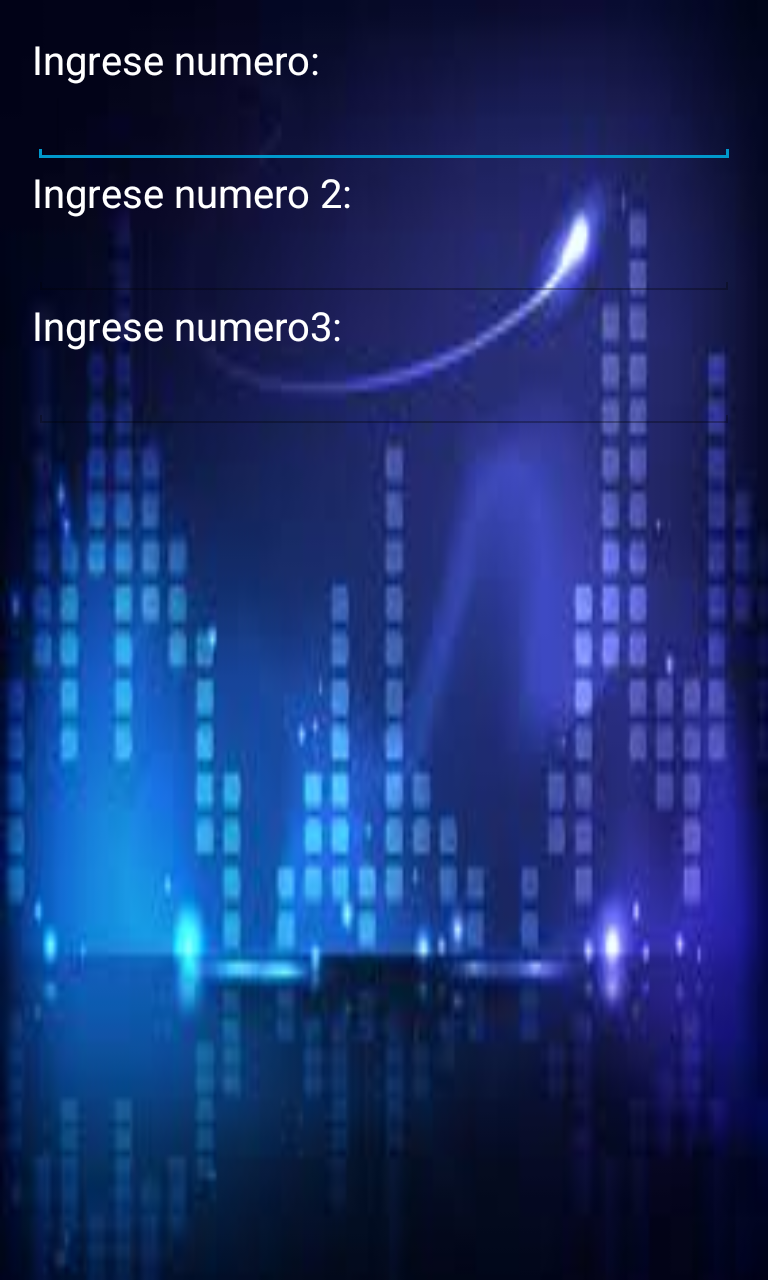
Repository: sherildyasmin06/ServiceAndroid
Layout: AplicacionAndroid/Servicio01/res/layout/activity_sumatoria.xml
An editor plug-in stored every save of this project. The layout is shown before and after the next save, followed by the edit.
It is drawn on a 768 x 1280 px phone screen (xhdpi) without system bars, with theme AppTheme; the app's code is not run.

Above is the layout before, as saved 2017-12-06 15:08:45.

### AplicacionAndroid/Servicio01/res/layout/activity_sumatoria.xml
<RelativeLayout xmlns:android="http://schemas.android.com/apk/res/android"
    xmlns:tools="http://schemas.android.com/tools"
    android:layout_width="match_parent"
    android:layout_height="match_parent"
    android:background="@drawable/fondo05"
    android:paddingBottom="@dimen/activity_vertical_margin"
    android:paddingLeft="@dimen/activity_horizontal_margin"
    android:paddingRight="@dimen/activity_horizontal_margin"
    android:paddingTop="@dimen/activity_vertical_margin"
    tools:context=".Sumatoria" >

    <LinearLayout
        android:layout_width="match_parent"
        android:layout_height="match_parent"
        android:layout_alignParentTop="true"
        android:layout_centerHorizontal="true"
        android:orientation="vertical" >

        <TextView
            android:id="@+id/textView1"
            android:layout_width="wrap_content"
            android:layout_height="wrap_content"
            android:text="@string/num1"
            android:textColor="@color/colortextview"
            android:textSize="@dimen/tamanotextview" />

        <EditText
            android:id="@+id/editText1"
            android:layout_width="match_parent"
            android:layout_height="wrap_content"
            android:ems="10"
            android:inputType="number" >

            <requestFocus />
        </EditText>

        <TextView
            android:id="@+id/textView2"
            android:layout_width="wrap_content"
            android:layout_height="wrap_content"
            android:text="@string/num2"
            android:textColor="@color/colortextview"
            android:textSize="@dimen/tamanotextview" />

        <EditText
            android:id="@+id/editText2"
            android:layout_width="match_parent"
            android:layout_height="wrap_content"
            android:ems="10"
            android:inputType="number" />

        <TextView
            android:id="@+id/textView3"
            android:layout_width="wrap_content"
            android:layout_height="wrap_content"
            android:text="@string/num3"
            android:textColor="@color/colortextview"
            android:textColorHint="@color/colortextview"
            android:textSize="@dimen/tamanotextview" />

        <EditText
            android:id="@+id/editText3"
            android:layout_width="match_parent"
            android:layout_height="wrap_content"
            android:ems="10"
            android:inputType="number" />

    </LinearLayout>

</RelativeLayout>

### AplicacionAndroid/Servicio01/res/values/dimens.xml
<resources>

    <!-- Default screen margins, per the Android Design guidelines. -->
    <dimen name="activity_horizontal_margin">16dp</dimen>
    <dimen name="activity_vertical_margin">16dp</dimen>
    <dimen name="tamanobotones">30dp</dimen>
    <drawable name="fondobotones">@drawable/fondo01</drawable>
    <drawable name="fondofactorial">@drawable/fondo02</drawable>
    <color name="colortextview">#FFFFFF</color>
    <dimen name="tamanotextview">20dp</dimen>
    <color name="colorcuadros">#ffff00</color>
    <dimen name="tamanocuadros">20dp</dimen>
    <drawable name="fondoboton01">@drawable/nuevo</drawable>
    <drawable name="fondoboton02">@drawable/calcular</drawable>
    <drawable name="fondoboton03">@drawable/salir</drawable>

</resources>

### AplicacionAndroid/Servicio01/res/values/strings.xml
<?xml version="1.0" encoding="utf-8"?>
<resources>

    <string name="app_name">Principal</string>
    <string name="action_settings">Settings</string>
    <string name="hello_world">Hello world!</string>
    <string name="bfactorial">FACTORIAL</string>
    <string name="bsumatoria">SUMATORIA</string>
    <string name="btriangulo">TRIANGULO</string>
    <string name="bsalir">SALIR</string>
    <string name="title_activity_factorial">Factorial</string>
    <string name="tnumero">INGRESE NUMERO:</string>
    <string name="tfactorial">EL FACTORIAL ES:</string>
    <string name="title_activity_sumatoria">Suma de Numeros</string>
    <string name="num1">Ingrese numero:</string>
    <string name="num2">Ingrese numero 2:</string>
    <string name="num3">Ingrese numero3:</string>
    <string name="nresultado">El resultado es:</string>

</resources>

Loaded but not shown: AplicacionAndroid/Servicio01/res/values/styles.xml (common file); AplicacionAndroid/Servicio01/res/values-v11/styles.xml (common file); AplicacionAndroid/Servicio01/res/values-v14/styles.xml (common file)

After the next save:
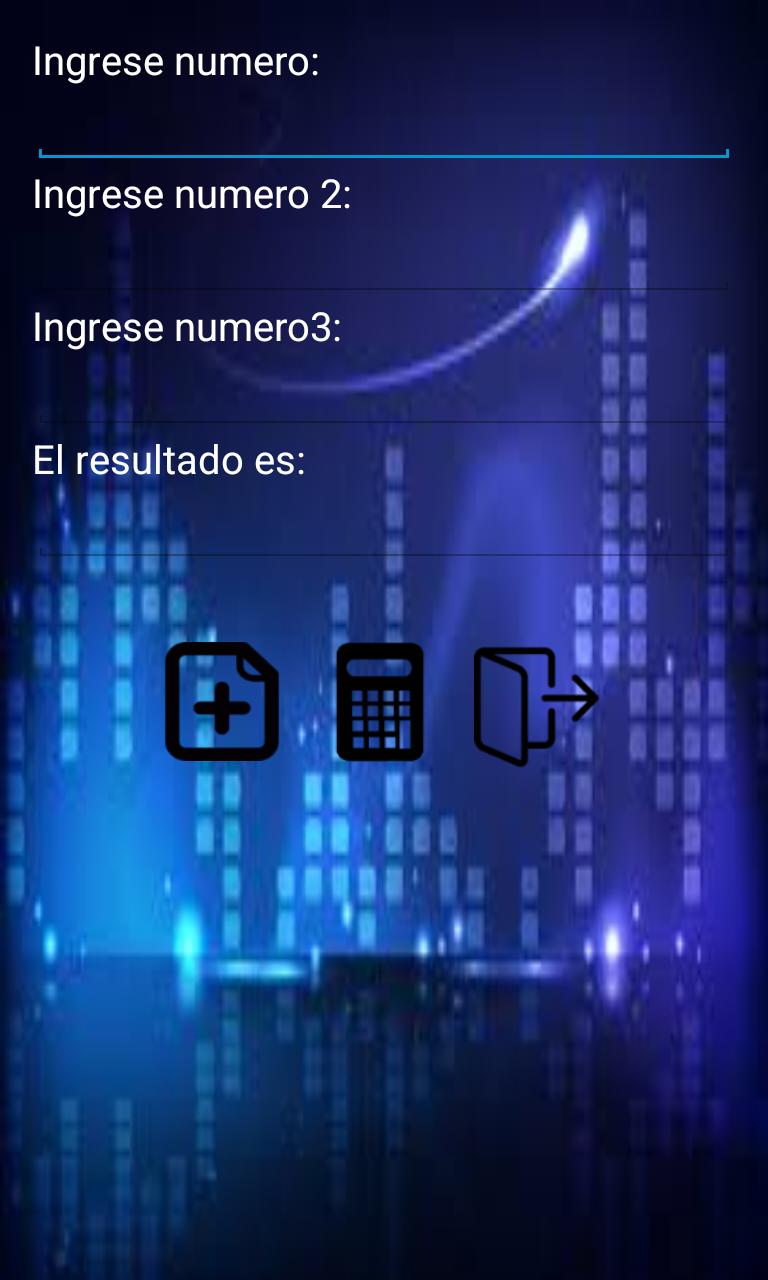
Saved 8 min 17 s later.
--- a/AplicacionAndroid/Servicio01/res/layout/activity_sumatoria.xml
+++ b/AplicacionAndroid/Servicio01/res/layout/activity_sumatoria.xml
@@ -10,8 +10,9 @@
     tools:context=".Sumatoria" >
 
     <LinearLayout
+        android:id="@+id/linearLayout1"
         android:layout_width="match_parent"
-        android:layout_height="match_parent"
+        android:layout_height="wrap_content"
         android:layout_alignParentTop="true"
         android:layout_centerHorizontal="true"
         android:orientation="vertical" >
@@ -25,7 +26,7 @@
             android:textSize="@dimen/tamanotextview" />
 
         <EditText
-            android:id="@+id/editText1"
+            android:id="@+id/tnum1"
             android:layout_width="match_parent"
             android:layout_height="wrap_content"
             android:ems="10"
@@ -43,7 +44,7 @@
             android:textSize="@dimen/tamanotextview" />
 
         <EditText
-            android:id="@+id/editText2"
+            android:id="@+id/tnum2"
             android:layout_width="match_parent"
             android:layout_height="wrap_content"
             android:ems="10"
@@ -59,12 +60,55 @@
             android:textSize="@dimen/tamanotextview" />
 
         <EditText
-            android:id="@+id/editText3"
+            android:id="@+id/tnum3"
             android:layout_width="match_parent"
             android:layout_height="wrap_content"
             android:ems="10"
             android:inputType="number" />
 
+        <TextView
+            android:id="@+id/textView4"
+            android:layout_width="wrap_content"
+            android:layout_height="wrap_content"
+            android:text="@string/nresultado"
+            android:textColor="@color/colortextview"
+            android:textSize="@dimen/tamanotextview" />
+
+        <EditText
+            android:id="@+id/tsumatoria"
+            android:layout_width="match_parent"
+            android:layout_height="wrap_content"
+            android:ems="10"
+            android:inputType="numberDecimal" />
+    </LinearLayout>
+
+    <LinearLayout
+        android:layout_width="wrap_content"
+        android:layout_height="wrap_content"
+        android:layout_below="@+id/linearLayout1"
+        android:layout_centerHorizontal="true"
+        android:layout_marginTop="35dp" >
+
+        <Button
+            android:id="@+id/button1"
+            android:layout_width="wrap_content"
+            android:layout_height="wrap_content"
+            android:background="@drawable/nuevo" />
+
+        <Button
+            android:id="@+id/button2"
+            android:layout_width="wrap_content"
+            android:layout_height="wrap_content"
+            android:layout_marginLeft="15dp"
+            android:background="@drawable/calcular" />
+
+        <Button
+            android:id="@+id/button3"
+            android:layout_width="wrap_content"
+            android:layout_height="wrap_content"
+            android:layout_marginLeft="15dp"
+            android:background="@drawable/salir" />
+
     </LinearLayout>
 
 </RelativeLayout>
